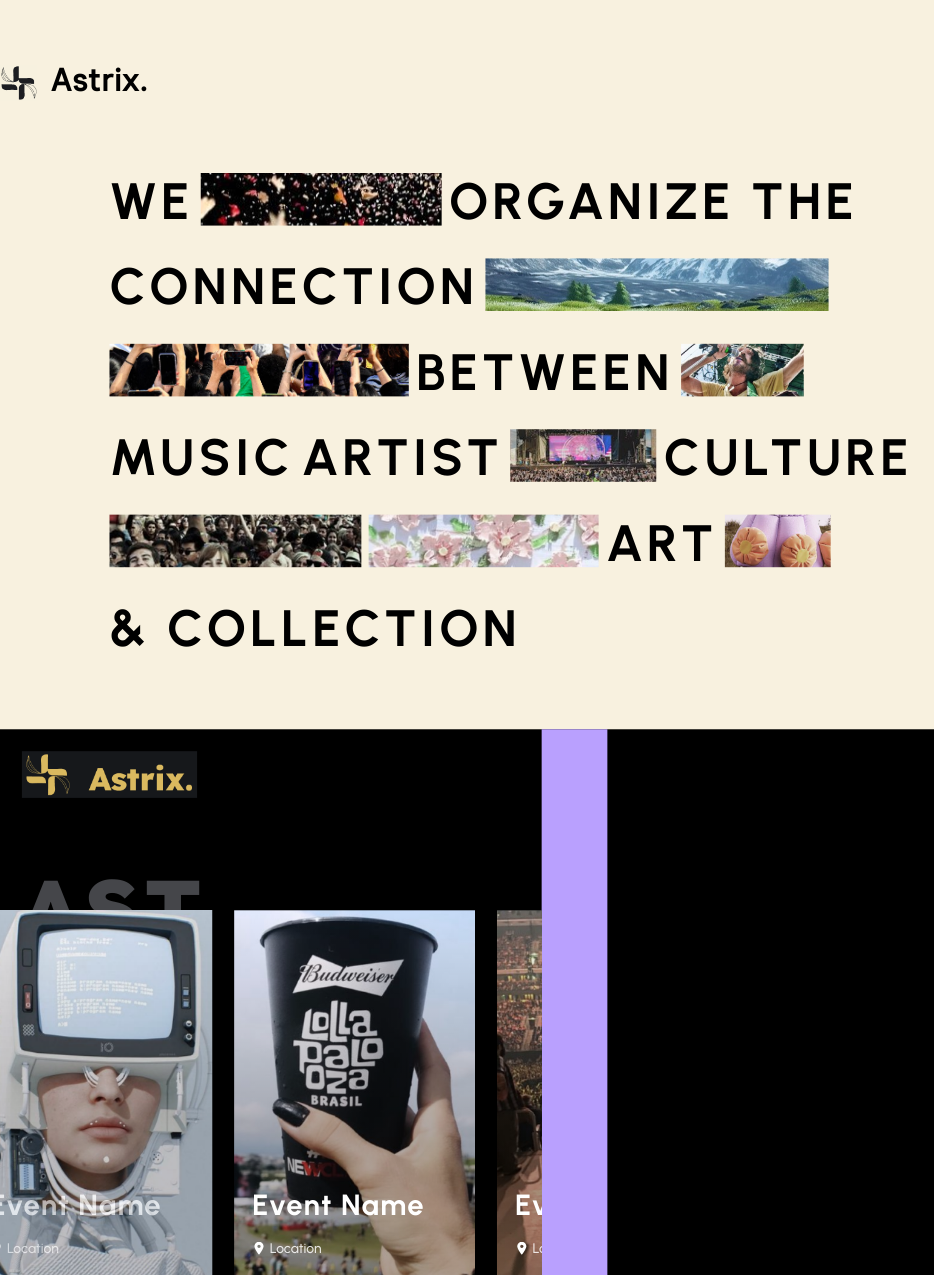
Repository: sharma171/astrix
Page: /
An editor plug-in stored every save of this project. The page is shown before and after the next save, followed by the edit.
The browser window is 1280 px wide. The pictures show the whole page, at 73% of full size.
The project was rebuilt for these pictures with package versions that can differ from the ones it lists, and the page was loaded fresh each time.

Above is the page before, as saved 2024-05-20 15:38:00.

After the next save:
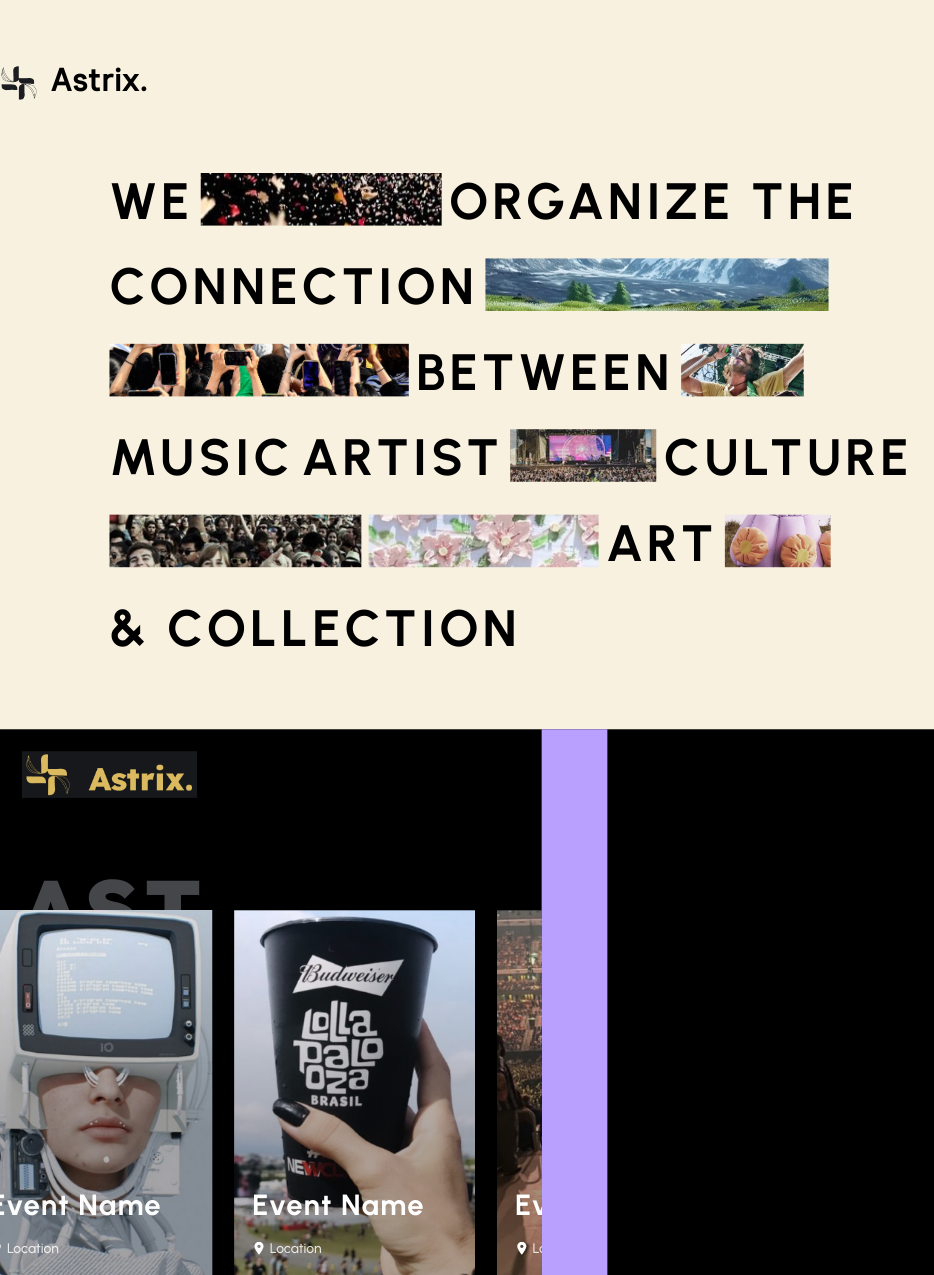
Saved 27 s later.
--- a/src/component/home.css
+++ b/src/component/home.css
@@ -125,24 +125,24 @@
     }
 }
 
+@keyframes visible2 {
+    0% {
+        opacity: 1;
+    }
+    10% {
+        opacity: 0;
+    }
+    33% {
+        opacity: 0;
+    }
+    43.5% {
+        opacity: 1;
+    }
+    100% {
+        opacity: 0;
+    }
+}
 @keyframes visible1 {
-    0% {
-        opacity: 1;
-    }
-    10% {
-        opacity: 0;
-    }
-    33% {
-        opacity: 0;
-    }
-    43.5% {
-        opacity: 1;
-    }
-    100% {
-        opacity: 0;
-    }
-}
-@keyframes visible2 {
     0% {
         opacity: 1;
     }
